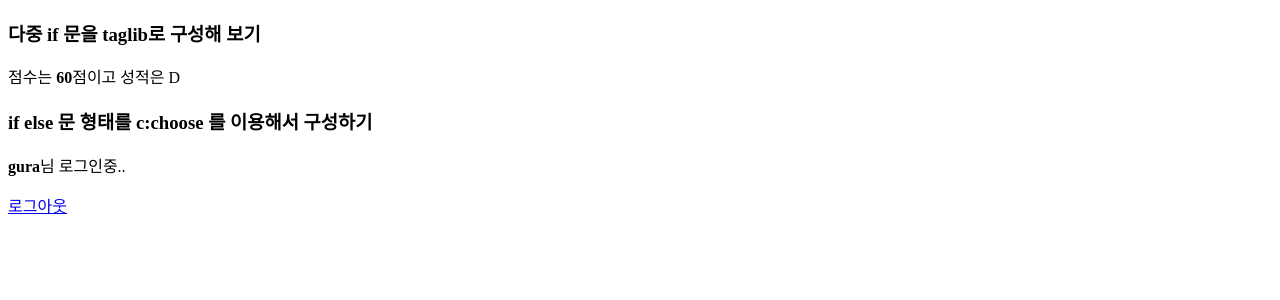
Repository: hyunhee7/web_work
Page: http://localhost/Step17_JSTL/jstl/test03.jsp
An editor plug-in stored every save of this project. The page is shown before and after the next save, followed by the edit.
The browser window is 1280 px wide. The pictures show the whole page.
The page is served by Tomcat 9.

Above is the page before, as saved 2017-07-12 07:11:50.

### Step17_JSTL/WebContent/jstl/test03.jsp
<%@ page language="java" contentType="text/html; charset=UTF-8"
    pageEncoding="UTF-8"%>
<%@taglib uri="http://java.sun.com/jsp/jstl/core"  prefix="c"%>
<!DOCTYPE html>
<html>
<head>
<meta charset="UTF-8">
<title>Insert title here</title>
</head>
<body>
	<% request.setAttribute("jumsu", 60); %>
	<h3>다중 if 문을 taglib로 구성해 보기</h3>
	<c:choose>
		<c:when test="${jumsu ge 90 }">
			<p>점수는 <strong>${jumsu }</strong>점이고 성적은 A</p>
		</c:when>
		<c:when test="${jumsu ge 80 }">
			<p>점수는 <strong>${jumsu }</strong>점이고 성적은 B</p>
		</c:when>
		<c:when test="${jumsu ge 70 }">
			<p>점수는 <strong>${jumsu }</strong>점이고 성적은 C</p>
		</c:when>
		<c:when test="${jumsu ge 60 }">
			<p>점수는 <strong>${jumsu }</strong>점이고 성적은 D</p>
		</c:when>
		<c:otherwise>
			<p>점수는 <strong>${jumsu }</strong>점이고 성적은 F</p>
		</c:otherwise>
	</c:choose>

	<% session.setAttribute("id","gura"); %>
	<h3>if else 문 형태를 c:choose 를 이용해서 구성하기</h3>
	<c:choose>
		<c:when test="${ not empty id }">
			<p><strong>${id }</strong>님 로그인중..</p>
			<a href="logout.jsp">로그아웃</a>
		</c:when>
		<c:otherwise>
			<form action="signin.jsp" method="post">
				<input type="text" name="id" />
				<button type="submit">로그인</button>
			</form>
		</c:otherwise>
	</c:choose>
</body>
</html>

After the next save:
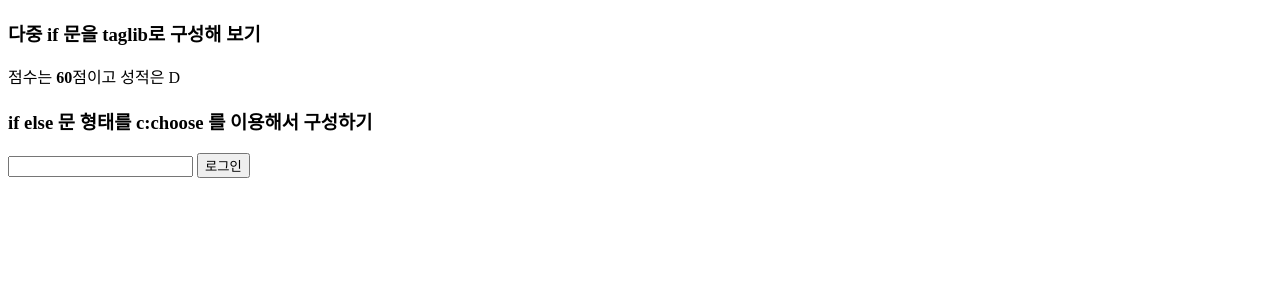
Saved 86 s later.
--- a/Step17_JSTL/WebContent/jstl/test03.jsp
+++ b/Step17_JSTL/WebContent/jstl/test03.jsp
@@ -28,7 +28,7 @@
 		</c:otherwise>
 	</c:choose>
 
-	<% session.setAttribute("id","gura"); %>
+	<% session.setAttribute("id",""); %>
 	<h3>if else 문 형태를 c:choose 를 이용해서 구성하기</h3>
 	<c:choose>
 		<c:when test="${ not empty id }">
